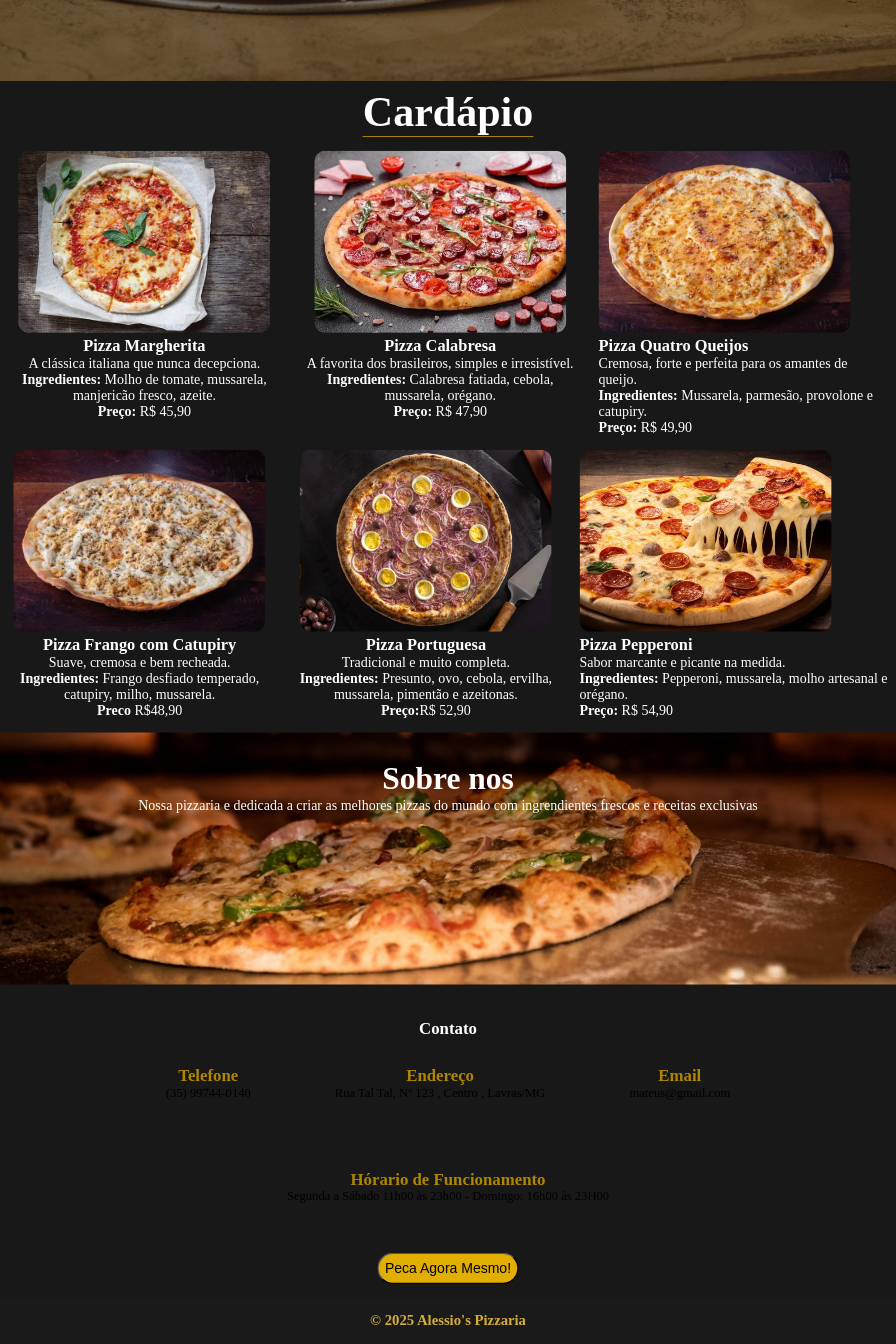
Repository: Mateushlp/landing-page-pizza
Page: index.html
These files come from the project's save history. The page is drawn as it stood at one moment and after a run of saves; the edit follows.
The browser window is 1280 px wide. The pictures show the part of the page from y = 868 to 2788 px (the page is 2788 px tall), at 70% of full size.

Above is the page before, as saved 2026-05-03 11:10:30.

### index.html
<!DOCTYPE html>
<html lang="en">
<head>
    <meta charset="UTF-8">
    <meta name="viewport" content="width=device-width, initial-scale=1.0">
    <link rel="stylesheet" href="style.css">
    <title>Document</title>
</head>
<body>
    <header>
        <nav>
            <ul>
                <li> <a href="http://"> Home</li></a>
                <li> <a href="http://">Cardapio</li></a>
                <li> <a href="http://">Sobre Nos</li></a>
                <li> <a href="http://">Contato</li></a>
            </ul>
        </nav>
    </header>

    <section class="inicio">
        <div class="texto">
        <h1>Bem vindo à Alessio's</h1>
        <p>Saborosas pizzas feitas </p>
        <button class="btn1">Ver Cardapio</button>
        </div>
    </section>

    <section class="cardapio">
        <h2 class="cardapio1">Cardápio</h2>
    </section>

    <div class="prato">
        <div class="pratos1">
            <img src="./img/margherita-pizza.jpg" alt="">
            <h3>Pizza Margherita</h3>
            <p> A clássica italiana que nunca decepciona. <br>
          <strong>Ingredientes:</strong>  Molho de tomate, mussarela, manjericão fresco, azeite. <br>
        <strong>Preço:</strong> R$ 45,90
    </p>
        </div>
            <div class="pratos2">
                <img src="./img/3140217-pizza-calabresa.jpg" alt="">
                <h3>Pizza Calabresa</h3>
                <p>A favorita dos brasileiros, simples e irresistível. <br>
                <strong>Ingredientes:</strong> Calabresa fatiada, cebola, mussarela, orégano. <br>
                    <strong>Preço:</strong> R$ 47,90
            </p>
            </div>
                <div class="pratos3">
                    <img src="./img/Quatro-Queijos.jpg" alt="">
                    <h3>Pizza Quatro Queijos</h3>
                    <p>Cremosa, forte e perfeita para os amantes de queijo. <br>
                    <strong>Ingredientes:</strong>  Mussarela, parmesão, provolone e catupiry. <br>
                        <strong>Preço: </strong>R$ 49,90
                </p>
                </div>
                </div>

                <div class="prato2">
                <div class="pratos1">
                    <img src="./img/Frango-com-Catupiry-2.jpg" alt="">
                    <h3>Pizza Frango com Catupiry</h3>
                    <p>Suave, cremosa e bem recheada. <br>
                   <strong>Ingredientes:</strong> Frango desfiado temperado, catupiry, milho, mussarela. <br>
                   <strong>Preco </strong> R$48,90
                </p>
                </div>
                <div class="pratos2">
                    <img src="./img/pizza-portuguesa.jpg" alt="">
                    <h3>Pizza Portuguesa</h3>
                    <p>Tradicional e muito completa. <br>
                   <strong>Ingredientes:</strong>  Presunto, ovo, cebola, ervilha, mussarela, pimentão e azeitonas. <br>
                    <strong>Preço:</strong>R$ 52,90
                </p>
                </div>
                <div class="pratos3">
                    <img src="./img/the-pepperoni-pizza-and-a-piece-of-streched-cheese-pizza-with-ai-generated-free-photo.jpg" alt="">
                    <h3>Pizza Pepperoni</h3>
                    <p>Sabor marcante e picante na medida. <br>
                  <strong>Ingredientes:</strong>   Pepperoni, mussarela, molho artesanal e orégano. <br>
                <strong>Preço:</strong> R$ 54,90</p>

                </div>
                </div>
                </div>




    <section class="sobre">
        <div class="sobre1">
        <h2>Sobre nos</h2>
        <p>Nossa pizzaria e dedicada a criar as melhores pizzas do mundo com ingrendientes frescos e receitas exclusivas</p>
    </div>
    </section>

<section id="contato" class="contato">
    <h2>Contato</h2>

    <div class="contato-info">
        <div class="box">
            <h3>Telefone</h3>
            <p>(35) 99744-0140</p>
        </div>

        <div class="box">
            <h3>Endereço</h3>
            <p>Rua Tal Tal, Nº 123 , Centro , Lavras/MG</p>
        </div>

        <div class="box">
            <h3>Email</h3>
            <p>mateus@gmail.com</p>
        </div>
            <div class="box">
                <h3>Hórario de Funcionamento</h3>
                <p>Segunda a Sábado 11h00 às 23h00 - Domingo: 16h00 às 23H00</p>
            </div>
    </div>
</section>
        <div class="pedir">
        <button class="btn2">Peca Agora Mesmo!</button>
        </div>


    <footer>
        <h2>&copy; 2025 Alessio's Pizzaria</h2>
    </footer>

</body>
</html>

### style.css
*{
    margin:0;
    padding: 0;
    box-sizing: border-box;
}
body{
    background-color: #181818;

}

nav ul {
    display: flex;
    gap: 25px;
    list-style: none;
    justify-content: center;
    font-size: 25px;
    padding: 10px;
     background: linear-gradient(to bottom, rgb(00, 0, 0), rgba(0,0,0,0.9));
}

nav ul a{
    text-decoration: none;
    color: #fff;
    margin-top: 10px;
}

nav ul a:hover{
    border-radius: 20px;
    background-color: black;
    color: #af8600;
}

.inicio{
     background:
        linear-gradient(rgba(0,0,0,0.5), rgba(0,0,0,0.5)),
        url(./img/background-meio.jpg);
    background-size: cover;
    background-position: center;
    height: 130vh;
}

.texto{
    display: flex;
    flex-direction: column;
    align-items: center;
    color: #fff;
    padding-top: 7%;
    padding-left: 6%;
    font-size: 40px;
}
.texto p{
    font-family: 'Lucida Sans', 'Lucida Sans Regular', 'Lucida Grande', 'Lucida Sans Unicode', Geneva, Verdana, sans-serif;
    font-size: 30px;

}
.btn1{
 background-color: #e2ae01;
 border-radius: 30px;
 font-size: 20px;
 margin-top: 30px;
 padding: 9px;
 cursor:pointer;
}
.cardapio{
    text-align: center;
    padding: 10px;
    font-size: 40px;
    color:#fff;
}
.cardapio1{
    display: inline-block;
    border-bottom: 1px solid #e2ae01;
}
.prato{
    margin: 10px;
    display: flex;
    gap: 30px;
    font-size: 20px;
    margin-bottom: 20px;
    color:#fff;
}

.prato2{
    margin: 10px;
    display: flex;
    gap: 30px;
    font-size: 20px;
    margin-bottom: 20px;
    color:#fff;
}


.prato img,
.prato2 img {
    width: 50vh;
    height: 260px;
    object-fit: cover;
    border-radius: 15px;
}
.pratos1,
.pratos2 {
    width: 35%;
    text-align: center;
}

.sobre{
    background-image: url(./img/background.jpg);
    background-size: cover;
    background-position: center;
    height: 50vh;
}
.sobre1{
    display: flex;
    align-items: center;
    padding-top: 40px;
    font-size: 30px;
    flex-direction: column;
    color: #fff;
}
.sobre1 p{
    font-size: 20px;
    color:#fff;
}

.contato {
    padding: 50px 0;
    text-align: center;
    color:#fff;
}

.contato-info {
    display: flex;
    justify-content: center;
    gap: 60px;
    margin-top: 20px;
    flex-wrap: wrap;
    color:#fff;
}

.contato-info .box {

    padding: 20px 30px;
    border-radius: 15px;
    color:#fff;

}

.contato-info h3 {
    font-size: 24px;
    color: #af8600;

}

.contato-info p {
    font-size: 18px;
    color: #000;
}

.pedir{
    display: flex;
    justify-content: center;
    align-items: center;
    text-align: center;
}
.btn2{
     background-color: #e2ae01;
 border-radius: 30px;
 font-size: 20px;
 margin-bottom: 20px;
 padding: 9px;
 cursor:pointer;

}
footer{
      background-color: #1a1a1a;
      color: #d4af37;
  text-align: center;
  padding: 20px;
  font-size: 14px;
}

After the next 2 saves:
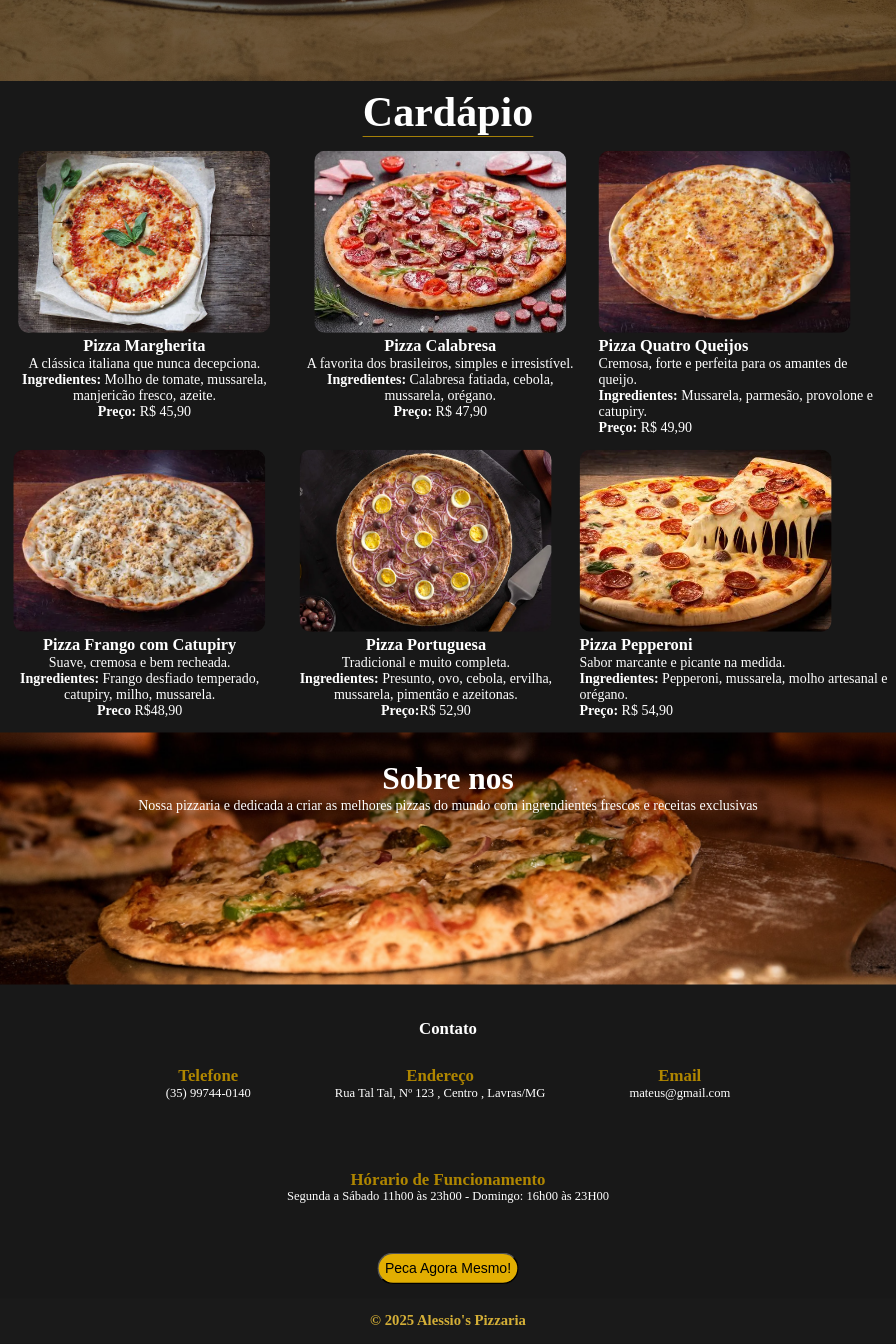
The 2 saves are shown as one change because they came seconds apart.
The last was saved 5 s later.
--- a/style.css
+++ b/style.css
@@ -153,7 +153,7 @@ nav ul a:hover{
 
 .contato-info p {
     font-size: 18px;
-    color: #000;
+    color:#fff;
 }
 
 .pedir{
